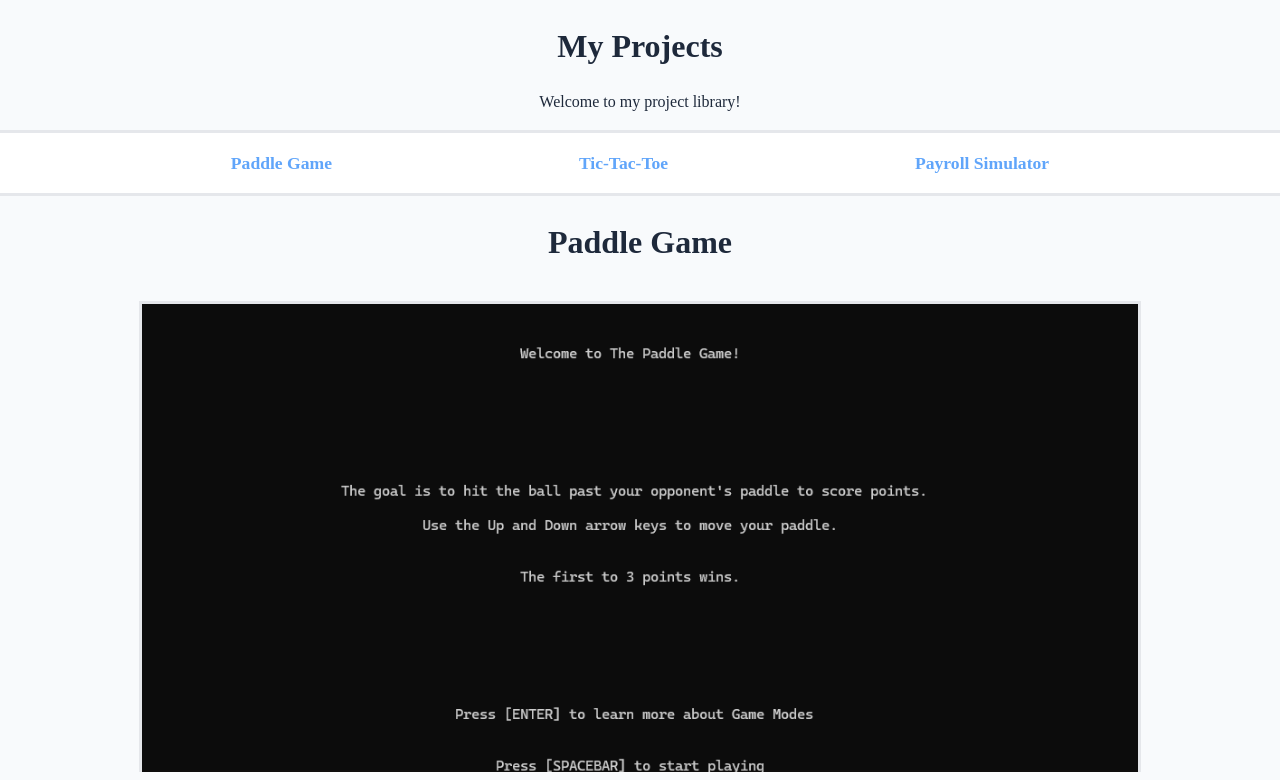
Repository: alison-cunningham/alison-cunningham
Page: pages/main-projects-page.html
The author's editor kept a copy of each file at every save. The page is drawn from the files as they stood at one save, then again after the next save.
The browser window is 1280 px wide. The pictures show the whole page.
Some web fonts or font styles are not loaded; a fallback is used.

Above is the page before, as saved 2026-05-08 20:46:32.

After the next save:
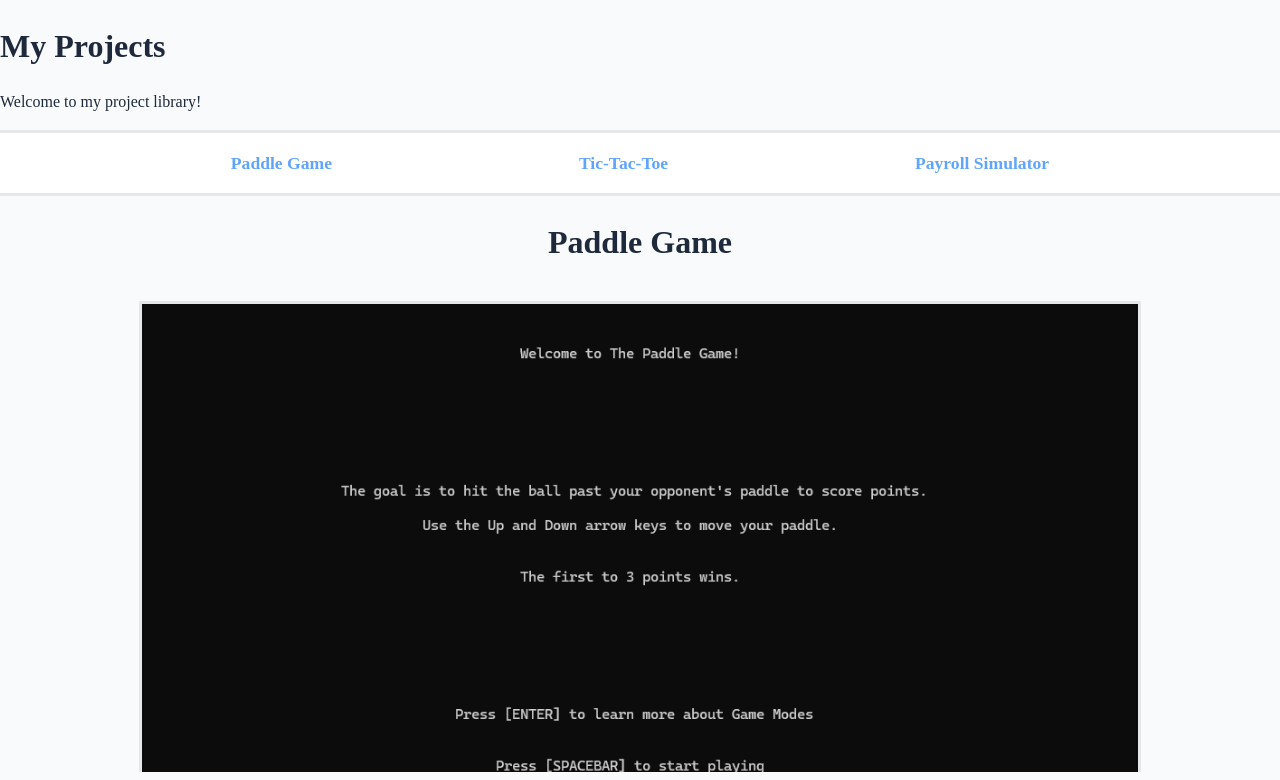
Saved 56 s later.
--- a/pages/main-projects-page.html
+++ b/pages/main-projects-page.html
@@ -8,7 +8,7 @@
     <link rel="stylesheet" href="../styles/globals.css"/>
 </head>
 <body>
-<header class="project-header">
+<header>
     <h1>My Projects</h1>
     <p>
         Welcome to my project library!

After the save that followed:
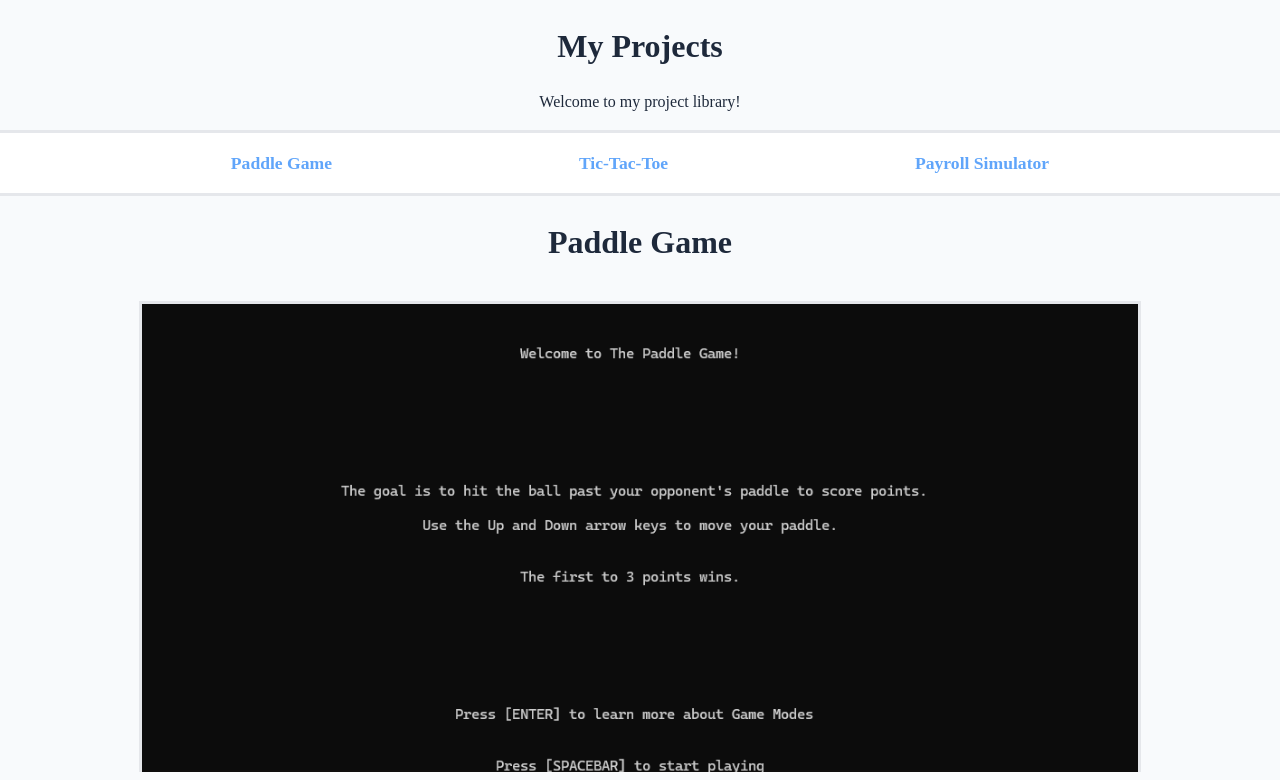
Saved 37 s later.
--- a/styles/pages.css
+++ b/styles/pages.css
@@ -3,7 +3,13 @@
     justify-content: center;
     text-align: center;
 
+    padding: 0;
+}
 
+header{
+    display: grid;
+    justify-content: center;
+    text-align: center;
 }
 
 h1{
